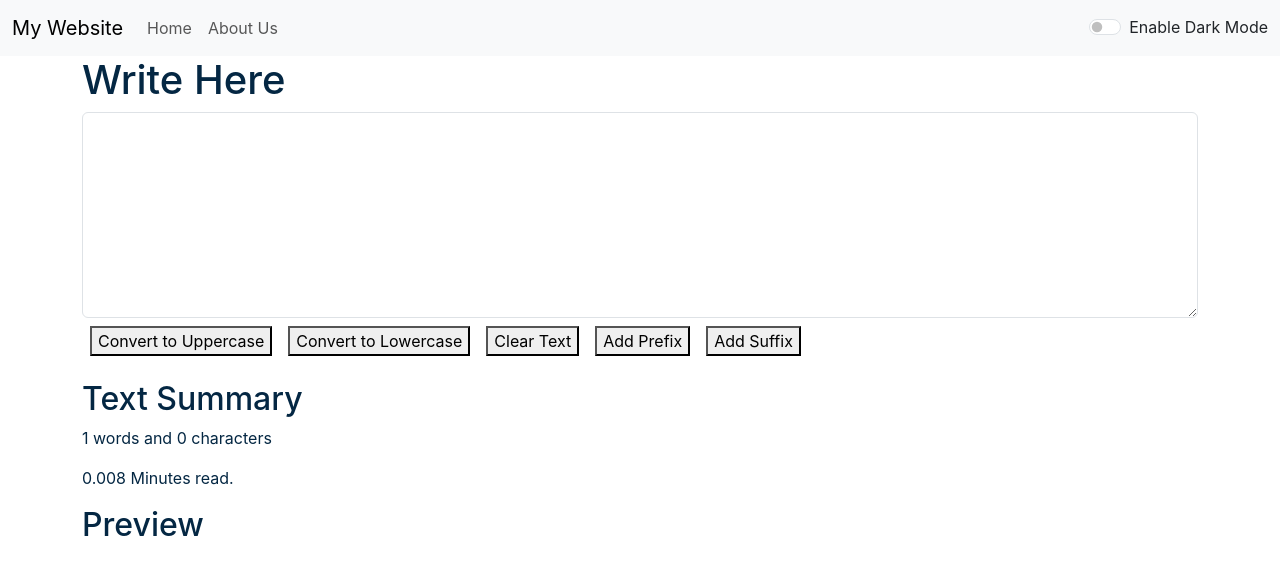
Repository: WajihaGul/Reactjs
Page: /
An editor plug-in stored every save of this project. The page is shown before and after the next save, followed by the edit.
The browser window is 1280 px wide. The pictures show the whole page.
The project was rebuilt for these pictures with package versions that can differ from the ones it lists, and the page was loaded fresh each time. Also part of the build but not shown: src/App.css.

Above is the page before, as saved 2024-02-08 09:58:11.

After the next save:
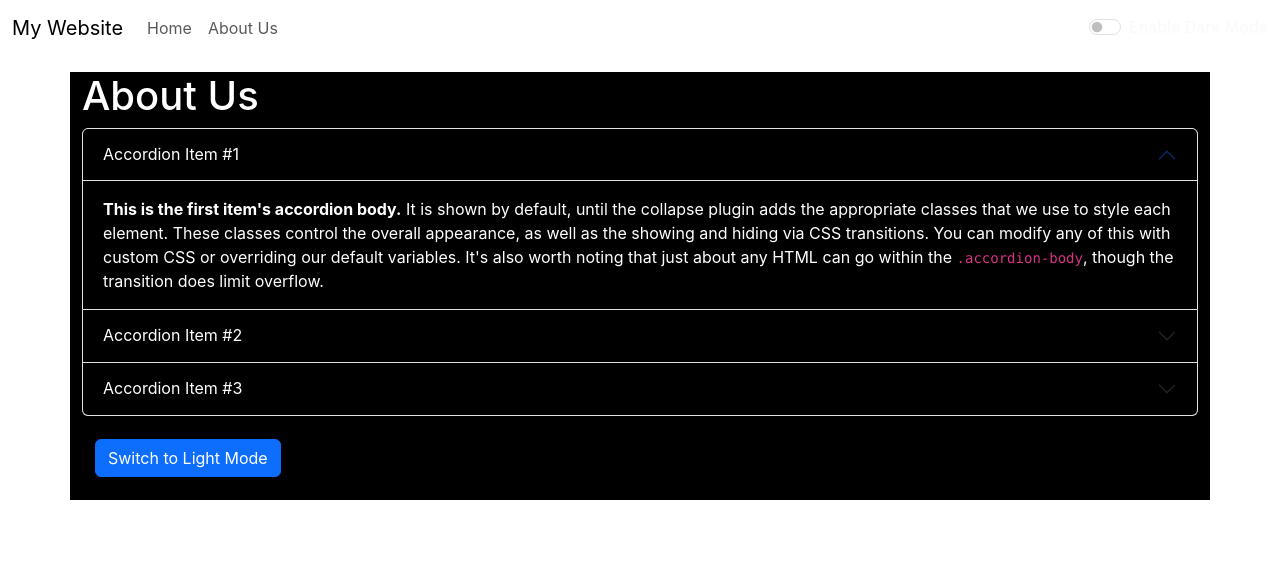
Saved 2 h 2 min later.
--- a/src/App.js
+++ b/src/App.js
@@ -1,24 +1,34 @@
+import logo from './logo.svg';
 import './App.css';
 import Navbar from './Components/Navbar';
-import TextArea from './Components/TextArea';
-import { useState } from 'react';
+import About from './Components/About';
+
+
 
 function App() {
-  const [mode, setMode] = useState('light'); // Whether dark mode is enabled or not
+  {/*const [mode, setMode]=useState('light');
+  const switchMode = () => {
+    setMode((mode) => (mode === 'light' ? 'dark' : 'light'));
+  };
 
-  const toggleMode = () => {
-    if (mode === 'light') {
-      setMode('dark');
-    } else {
-      setMode('light');
-    }
+const toggleMode = ()=>{
+  if(mode === 'light'){
+    setMode('dark');
+    document.body.style.backgroundColor = '#042743';
+    showAlert("Dark mode has been enabled", "success");
   }
-
+  else{
+    setMode('light');
+    document.body.style.backgroundColor = 'white';
+    showAlert("Light mode has been enabled", "success");
+  }
+}
+*/}
   return (
-    <>
-      <Navbar title="My Website" about="About Us" home="HomePage" mode={mode} toggleMode={toggleMode} />
-      <TextArea mode={mode} />
-    </>
+<>
+<Navbar title="My Website" about="About Us" home="HomePage"   />
+<About/>
+</>
   );
 }
 
